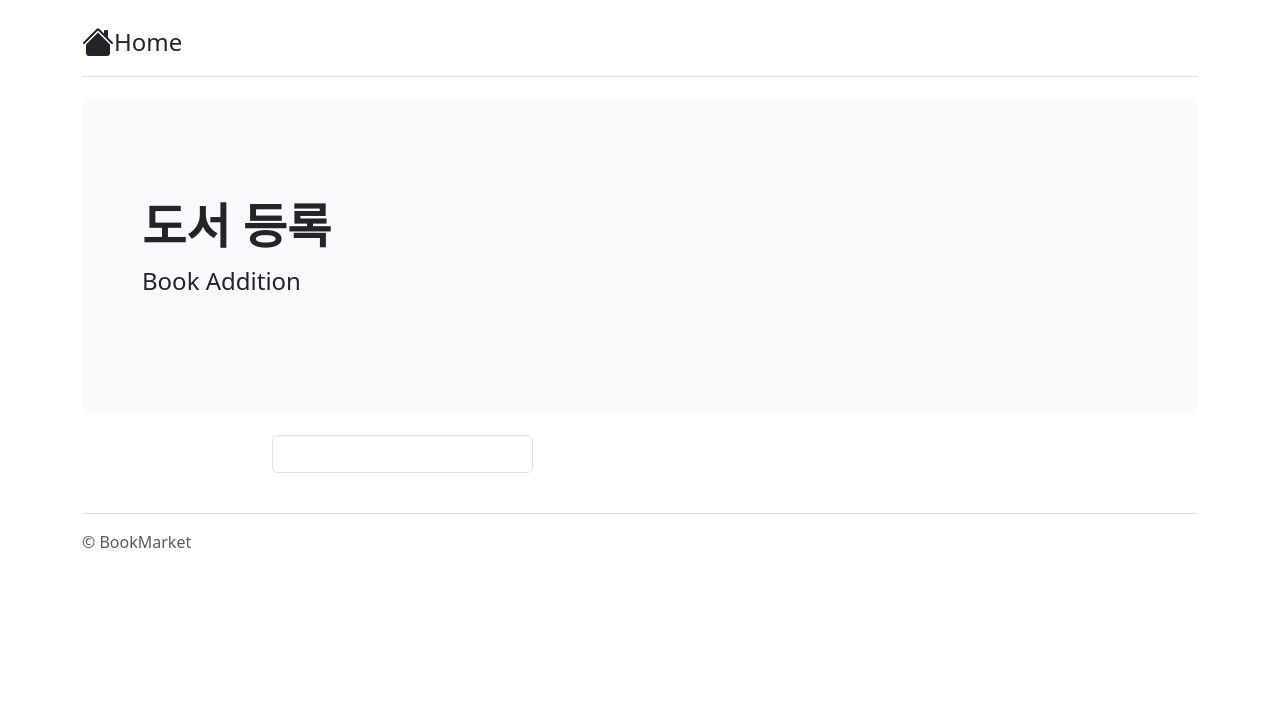
Repository: SJM7301/KH-JSP
Page: http://localhost/JSPBook/addBook.jsp
The author's editor kept a copy of each file at every save. The page is drawn from the files as they stood at one save, then again after the next save.
The browser window is 1280 px wide. The pictures show the whole page.
The page is served by Tomcat 10.

Above is the page before, as saved 2025-02-05 02:47:47.

After the next save:
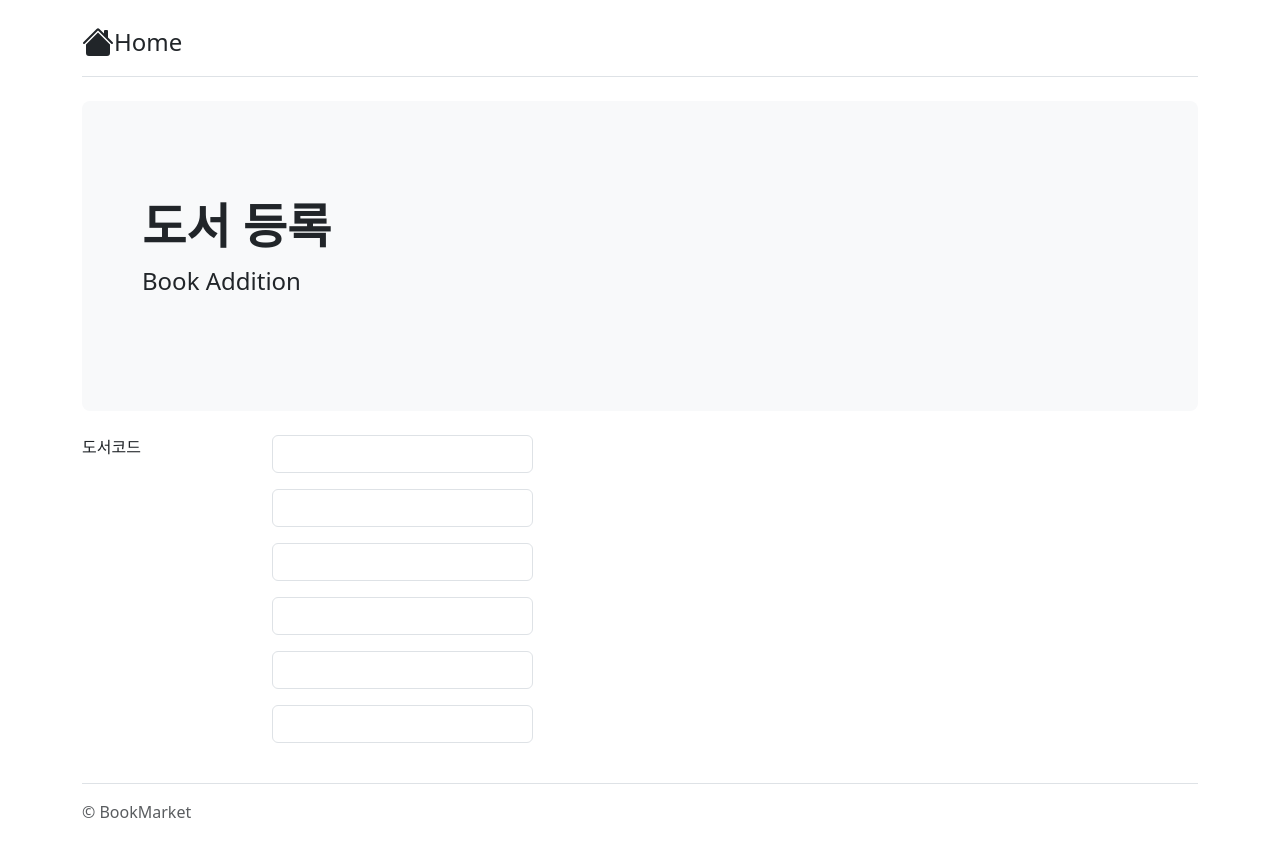
Saved 52 s later.
--- a/JSPBook/src/main/webapp/addBook.jsp
+++ b/JSPBook/src/main/webapp/addBook.jsp
@@ -21,6 +21,41 @@
 		<div class="row align-items-md-stretch">
 			<form name="newBook" action="./processAddBook.jsp" method="post">
 				<div class="mb-3 row">
+					<label class="col-sm-2">도서코드</label>
+					<div class="col-sm-3">
+						<input type="text" name="bookId" class="form-control">
+					</div>
+				</div>
+
+				<div class="mb-3 row">
+					<label class="col-sm-2"></label>
+					<div class="col-sm-3">
+						<input type="text" name="" class="form-control">
+					</div>
+				</div>
+
+				<div class="mb-3 row">
+					<label class="col-sm-2"></label>
+					<div class="col-sm-3">
+						<input type="text" name="" class="form-control">
+					</div>
+				</div>
+
+				<div class="mb-3 row">
+					<label class="col-sm-2"></label>
+					<div class="col-sm-3">
+						<input type="text" name="" class="form-control">
+					</div>
+				</div>
+
+				<div class="mb-3 row">
+					<label class="col-sm-2"></label>
+					<div class="col-sm-3">
+						<input type="text" name="" class="form-control">
+					</div>
+				</div>
+
+				<div class="mb-3 row">
 					<label class="col-sm-2"></label>
 					<div class="col-sm-3">
 						<input type="text" name="" class="form-control">
